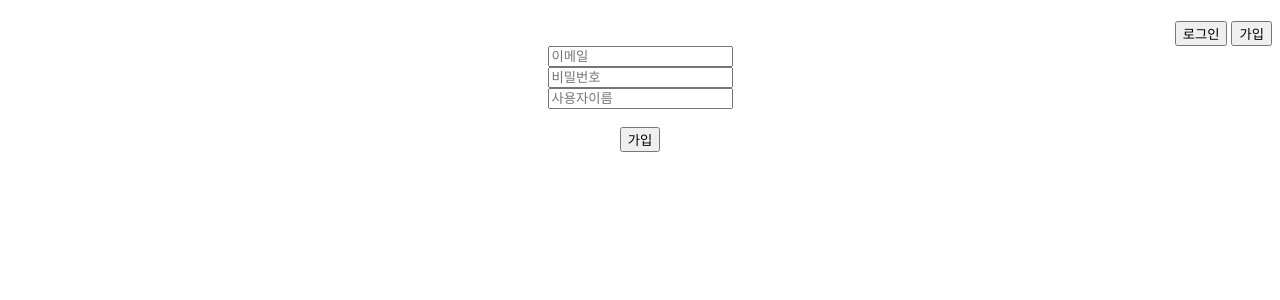
Repository: trapezer84/JSP
Page: http://localhost/AEB_JavaProgramming/
These files come from the project's save history. The page is drawn as it stood at one moment and after the next save; the edit follows.
The browser window is 1280 px wide. The pictures show the whole page.
The page is served by Tomcat 9.

Above is the page before, as saved 2016-02-05 08:19:12.

After the next save:
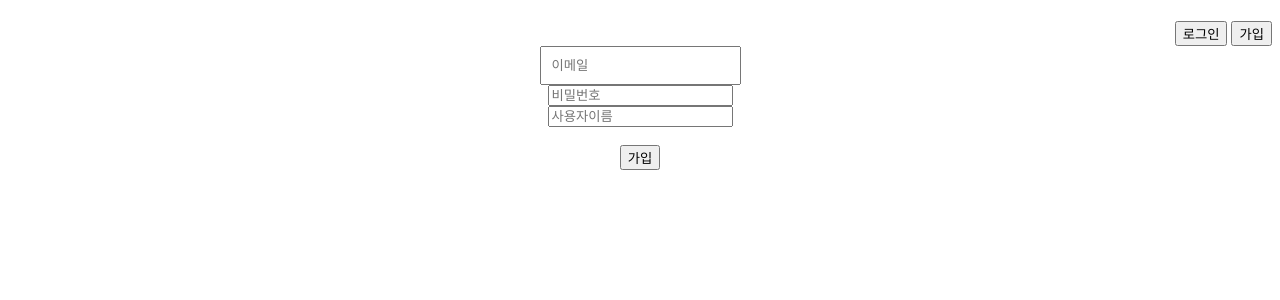
Saved 33 s later.
--- a/AEB_JavaProgramming/WebContent/index.jsp
+++ b/AEB_JavaProgramming/WebContent/index.jsp
@@ -26,7 +26,7 @@
 <div align="center">
 	<form method="post" id="jointag">
 	<div class="">
-		 <input id="joinemail" type="email" placeholder="이메일"  style="display:block; padding:10" />
+		 <input id="joinemail" type="email" placeholder="이메일"  style="display:block; padding:10px" />
 		 <input id="joinpassword" type="password" placeholder="비밀번호" style="display:block"/>
 		 <input id="joinusername" type="text" placeholder="사용자이름" style="display:block"/>
 	</div>
